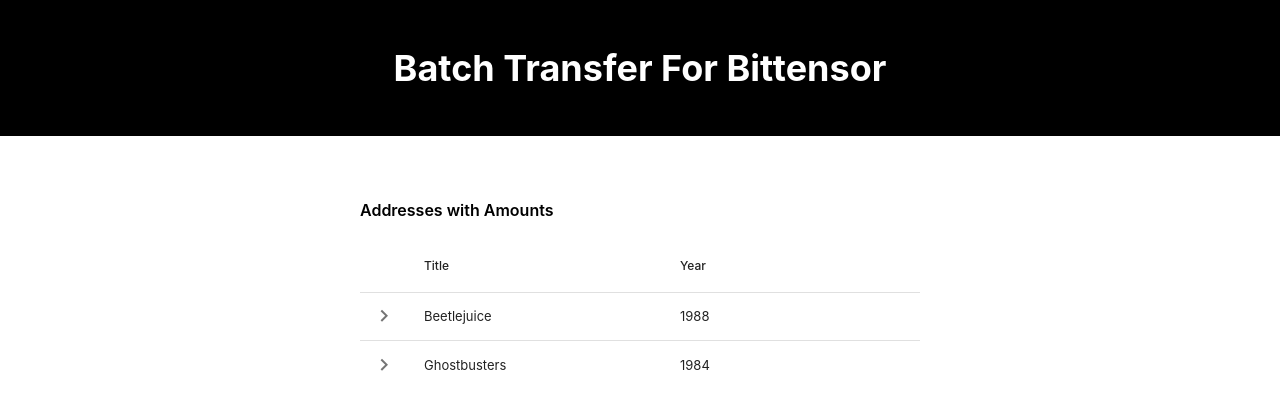
Repository: Dawid-Ace/batch_transfer_tao_master_ui
Page: /
An editor plug-in stored every save of this project. The page is shown before and after a run of saves, followed by the edit.
The browser window is 1280 px wide. The pictures show the whole page.
The project was rebuilt for these pictures with package versions that can differ from the ones it lists, and the page was loaded fresh each time.

Above is the page before, as saved 2023-05-10 03:25:56.

### src/App.js
import './App.css';
import { TransferForm } from './components/TransferForm';

function App() {
  return (
    <div className="app-container">
      <div className="header-container">
        Batch Transfer For Bittensor
      </div>

      <div className="main-container">
        <TransferForm />
      </div>
    </div>
  );
}

export default App;

### src/App.css
.app-container {
	display: flex;
	flex-direction: column;
	position: relative;
	width: 100%;
	height: 100vh;
}

.header-container {
	display: flex;
	justify-content: center;
	align-items: center;
	padding-top: 46px;
	padding-bottom: 46px;
	background-color: black;
	font-size: 36px;
	color: white;
	font-weight: 700;
}

.main-container {
	display: flex;
	justify-content: center;
	padding-top: 46px;
}

### src/components/TransferForm/index.jsx
import React, { useEffect, useState } from "react";
import styled from 'styled-components';
import DataTable from 'react-data-table-component';

const ExpandedComponent = ({ data }) => <pre>{JSON.stringify(data, null, 2)}</pre>;
const columns = [
  {
    name: 'Title',
    selector: row => row.title,
  },
  {
    name: 'Year',
    selector: row => row.year,
  },
];
const data = [
  {
    id: 1,
    title: 'Beetlejuice',
    year: '1988',
  },
  {
    id: 2,
    title: 'Ghostbusters',
    year: '1984',
  },
]
export const TransferForm = () => {
  /*
  const fetchUserBalance = async address => {
    const res = await api.query.system.account(address);
    if (res.isEmpty) return 0;
    const { data } = res.toJSON();
    return data.free / UNIT;
  };

  const fetchAndSetUserBalance = async () => {
    const _balance = await fetchUserBalance(currentAccount.address);
    setBalance(_balance);
  };

  const getFromAccount = async () => {
    const {
      address,
      meta: { source, isInjected }
    } = currentAccount;

    if (!isInjected) {
      return [currentAccount];
    }

    // currentAccount is injected from polkadot-JS extension, need to return the addr and signer object.
    // ref: https://polkadot.js.org/docs/extension/cookbook#sign-and-send-a-transaction
    const injector = await web3FromSource(source);
    return [address, { signer: injector.signer }];
  };

  const txResHandler = ({ status }) => {
    setTxStatus({
      visible: true,
      ...(status.isFinalized
        ? { type: 'success', message: 'Success' }
        : { type: 'info', message: `Current transaction status: ${status.type}` })
    });
    if (status.isFinalized) fetchInfo();
  };

  const txErrHandler = err => {
    setTxStatus({ visible: true, type: 'error', message: `😞 Transaction Failed: ${err.toString()}` });
  };

  const submitTx = async tx => {
    setPending(true);
    const fromAccount = await getFromAccount();
    tx.signAndSend(...fromAccount, txResHandler)
      .catch(txErrHandler)
      .finally(() => setPending(false));
  };

  const onUnstake = () => {
    submitTx(api.tx.subtensorModule.removeStake(HOTKEY, Math.floor(amount * UNIT)));
  };
  */

  const FormLabel = styled.p`
    color: black;
    font-weight: 600;
    font-size: 16px;
    line-height: 160%;
  `;

  const FormWrapper = styled.form`
    max-width: 560px;
    min-width: 560px;
    display: flex;
    flex-direction: column;

  `;

  return (
    <FormWrapper>
      <FormLabel>
        Addresses with Amounts
      </FormLabel>
      <DataTable
        columns={columns}
        data={data}
        expandableRows
        expandableRowsComponent={ExpandedComponent}
      />
    </FormWrapper>
  )
}

Loaded but not shown: public/index.html (common file); src/index.js (common file); src/index.css (common file); src/reportWebVitals.js (common file)

After the next 2 saves:
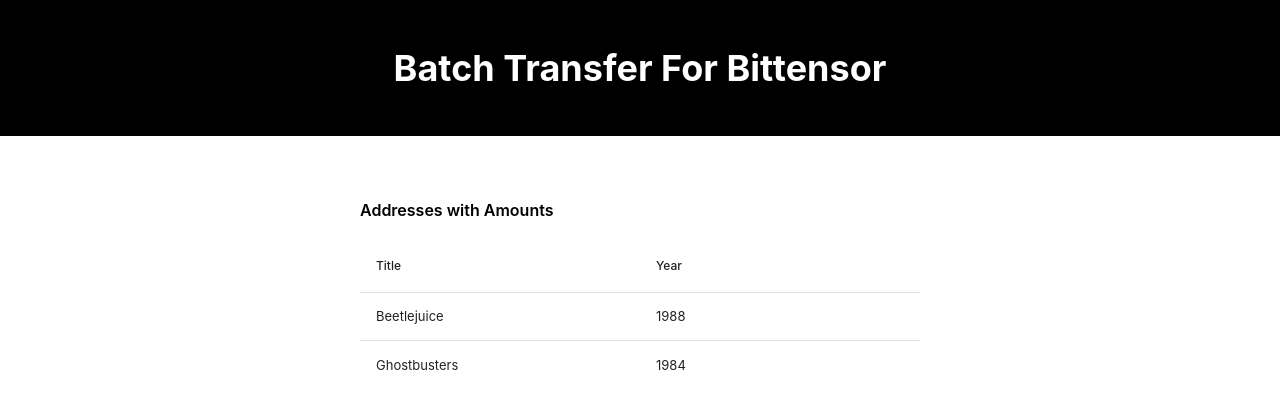
The 2 saves are shown as one change because 1 did not build or start.
The last was saved 30 s later.
--- a/src/components/TransferForm/index.jsx
+++ b/src/components/TransferForm/index.jsx
@@ -2,7 +2,6 @@
 import styled from 'styled-components';
 import DataTable from 'react-data-table-component';
 
-const ExpandedComponent = ({ data }) => <pre>{JSON.stringify(data, null, 2)}</pre>;
 const columns = [
   {
     name: 'Title',
@@ -105,8 +104,6 @@
       <DataTable
         columns={columns}
         data={data}
-        expandableRows
-        expandableRowsComponent={ExpandedComponent}
       />
     </FormWrapper>
   )
